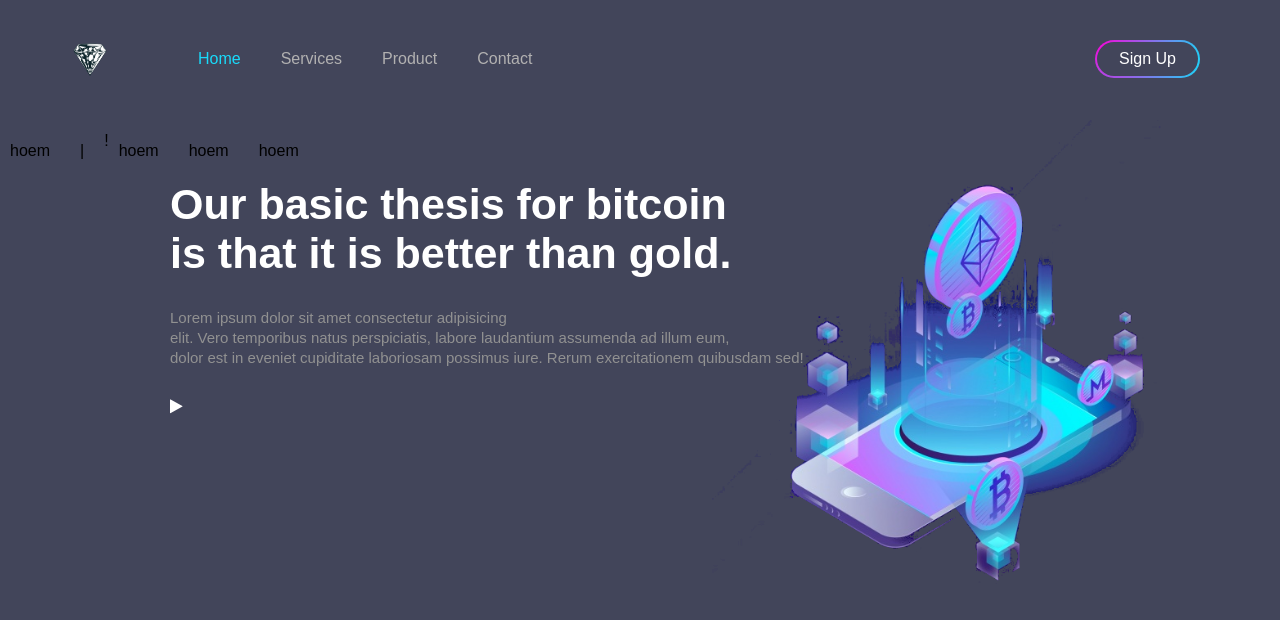
Repository: Aakarshit-Sharma19/Basic-HTML-and-CSS-Page-
Page: index.html
These files come from the project's save history. The page is drawn as it stood at one moment and after the next save; the edit follows.
The browser window is 1280 px wide. The pictures show the whole page.

Above is the page before, as saved 2020-11-10 16:36:52.

After the next save:
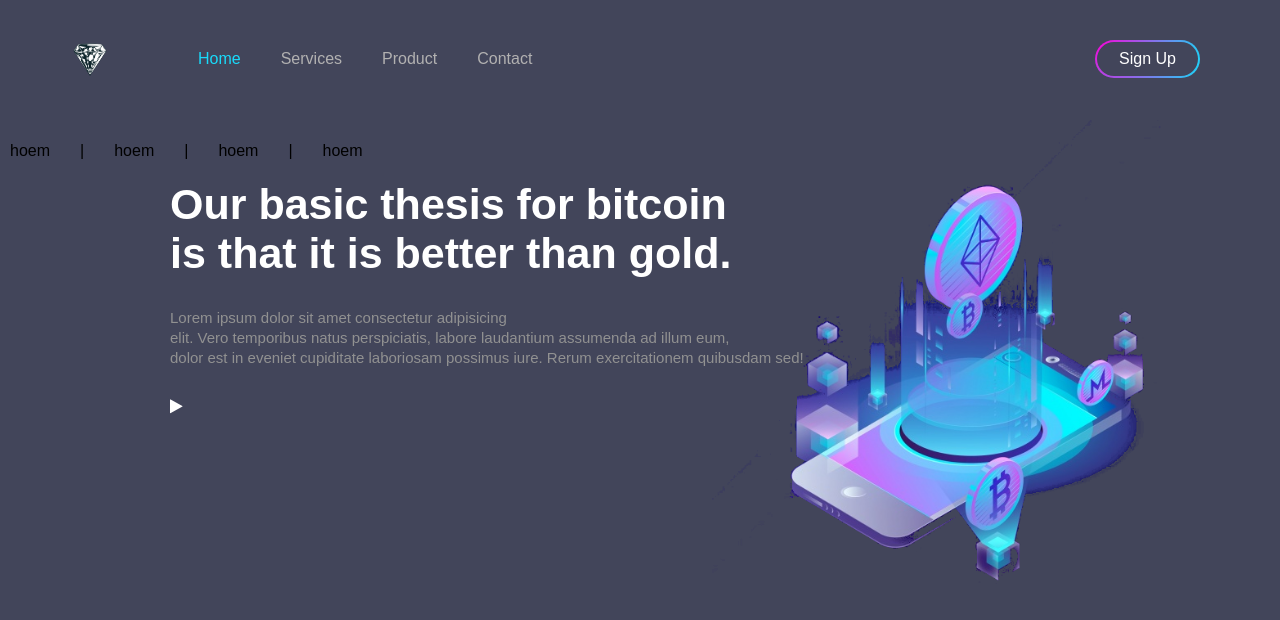
Saved 10 s later.
--- a/index.html
+++ b/index.html
@@ -40,9 +40,10 @@
             <ul class="test">
                 <li>hoem</li>
                 <li>|</li>
-                &excl;
                 <li>hoem</li>
+                <li>|</li>
                 <li>hoem</li>
+                <li>|</li>
                 <li>hoem</li>
             </ul>
         </div>
